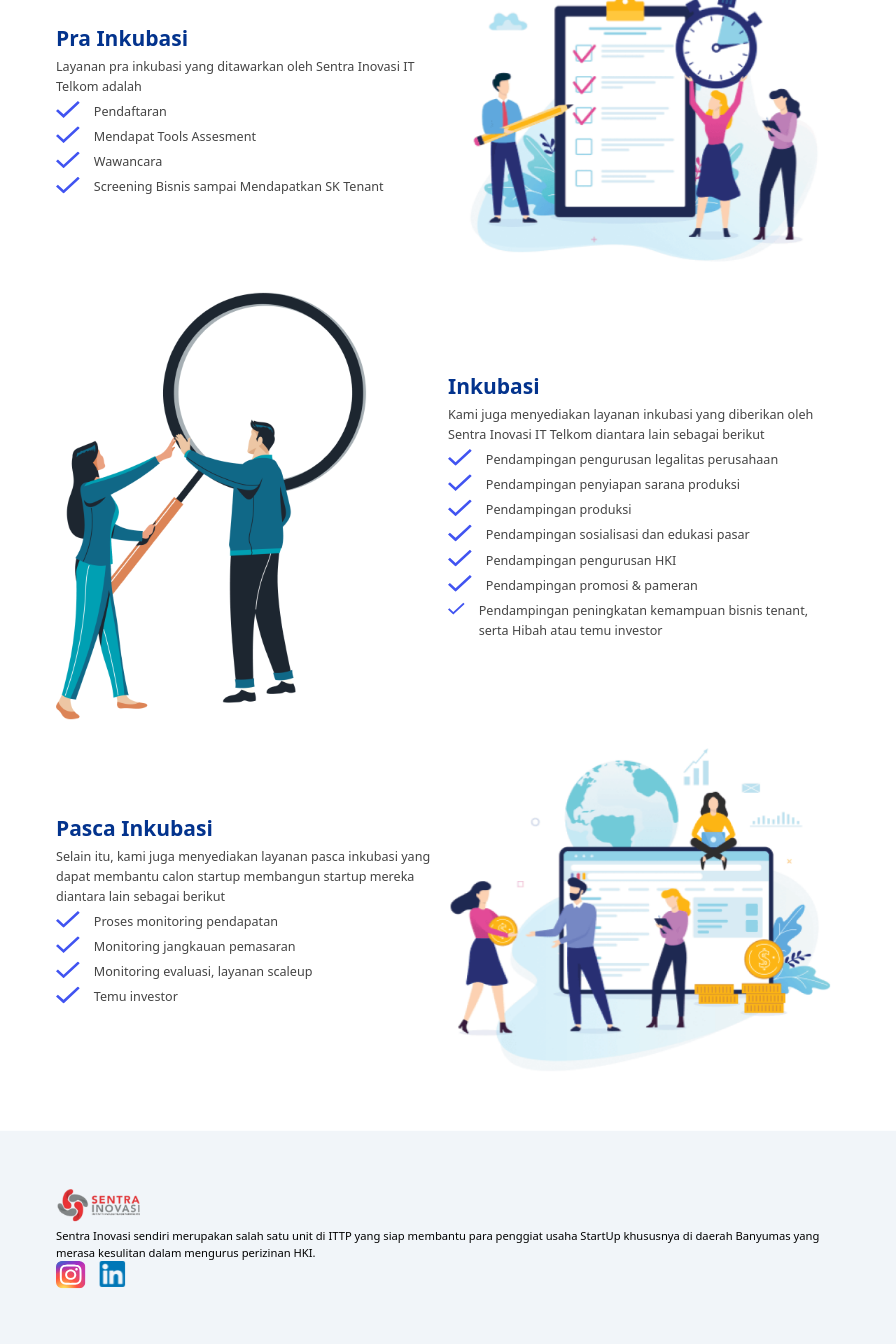
Repository: whytrno/sinovi-products
Page: /
The author's editor kept a copy of each file at every save. The page is drawn from the files as they stood at one save, then again after the next save.
The browser window is 1280 px wide. The pictures show the part of the page from y = 1789 to 3709 px (the page is 3709 px tall before and 3707 px after), at 70% of full size.
The project was rebuilt for these pictures with package versions that can differ from the ones it lists, and the page was loaded fresh each time. The framework's server and built-in components were replaced by stand-ins that run in the browser. Also part of the build but not shown: next.config.js, components/Produk.js.

Above is the page before, as saved 2023-02-24 12:16:19.

After the next save:
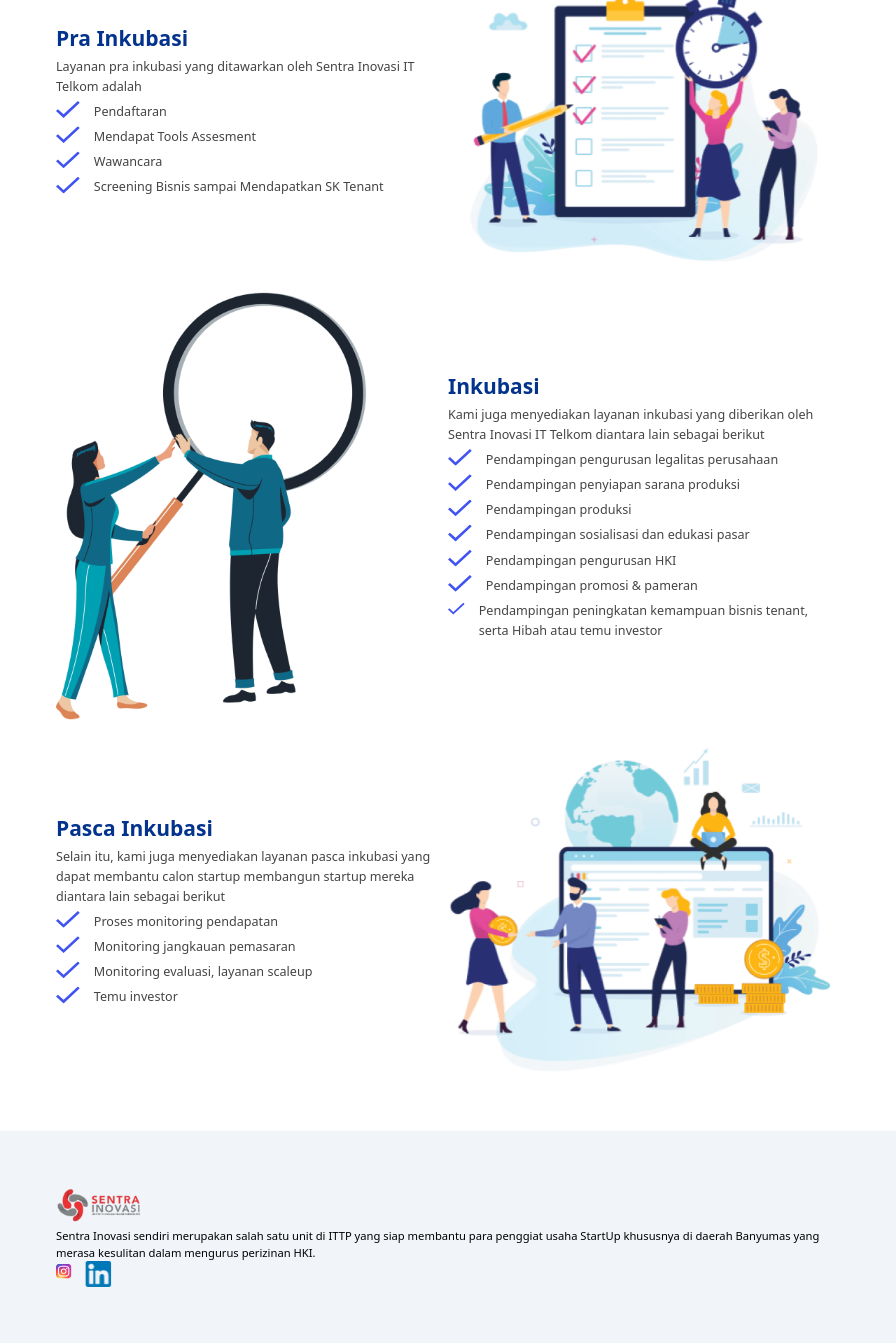
Saved 16 s later.
--- a/components/Icon/InstagramIcon.js
+++ b/components/Icon/InstagramIcon.js
@@ -2,8 +2,8 @@
     return (
         <svg
             xmlns="http://www.w3.org/2000/svg"
-            width="42"
-            height="39"
+            width="22"
+            height="29"
             fill="none"
             viewBox="0 0 42 39"
         >
